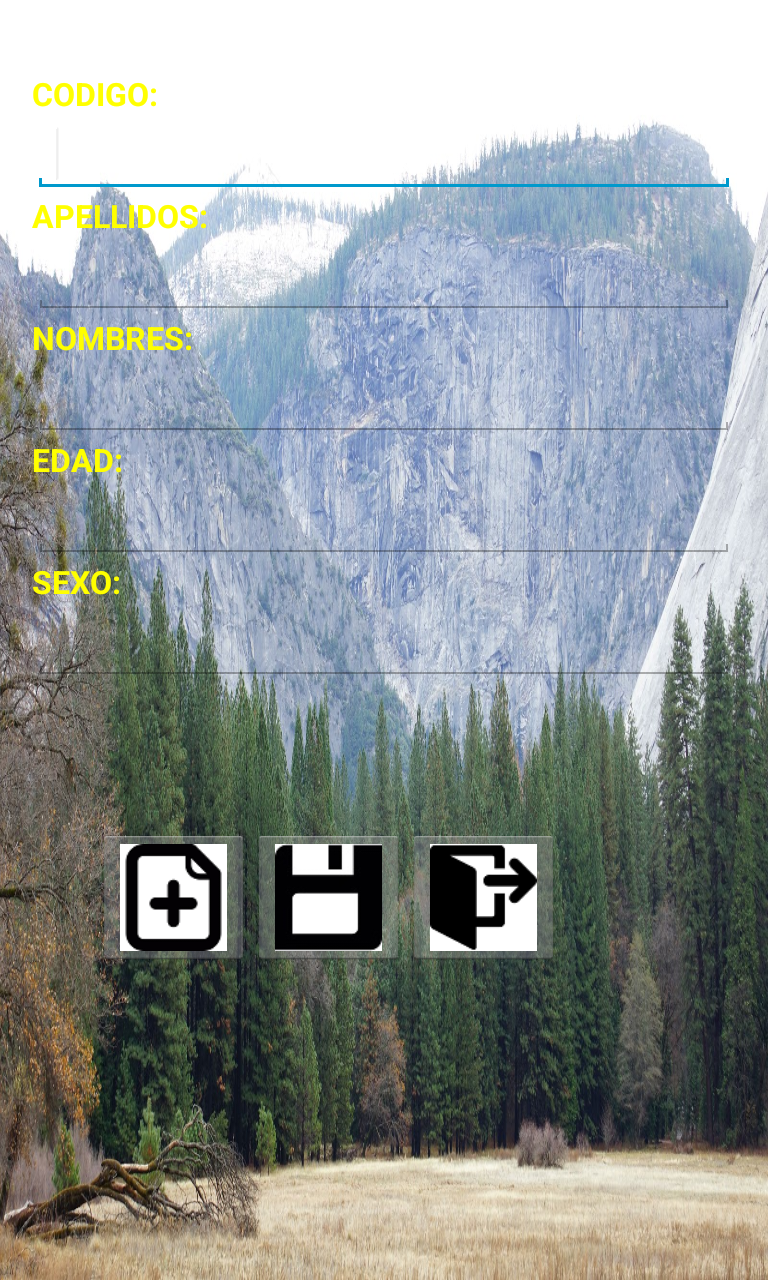
Repository: sherildyasmin06/MantenimientoconSQLite
Layout: Sqllite01/res/layout/activity_ingreso.xml
An editor plug-in stored every save of this project. The layout is shown before and after the next save, followed by the edit.
It is drawn on a 768 x 1280 px phone screen (xhdpi) without system bars, with theme AppTheme; the app's code is not run.

Above is the layout before, as saved 2017-11-08 21:01:06.

### Sqllite01/res/layout/activity_ingreso.xml
<RelativeLayout xmlns:android="http://schemas.android.com/apk/res/android"
    xmlns:tools="http://schemas.android.com/tools"
    android:layout_width="match_parent"
    android:layout_height="match_parent"
    android:background="@drawable/fondo02"
    android:gravity="center_vertical"
    android:paddingBottom="@dimen/activity_vertical_margin"
    android:paddingLeft="@dimen/activity_horizontal_margin"
    android:paddingRight="@dimen/activity_horizontal_margin"
    android:paddingTop="@dimen/activity_vertical_margin"
    tools:context=".Ingreso" >

    <LinearLayout
        android:id="@+id/linearLayout1"
        android:layout_width="match_parent"
        android:layout_height="wrap_content"
        android:layout_alignParentTop="true"
        android:layout_centerHorizontal="true"
        android:layout_marginTop="20dp"
        android:orientation="vertical" >

        <TextView
            android:id="@+id/textView1"
            android:layout_width="wrap_content"
            android:layout_height="wrap_content"
            android:text="@string/tcodigo"
            android:textColor="#ffff00"
            android:textSize="16sp"
            android:textStyle="bold" />

        <EditText
            android:id="@+id/txtcodigo"
            android:layout_width="match_parent"
            android:layout_height="wrap_content"
            android:ems="10" >

            <requestFocus />
        </EditText>

        <TextView
            android:id="@+id/textView2"
            android:layout_width="wrap_content"
            android:layout_height="wrap_content"
            android:text="@string/tapellidos"
            android:textColor="#ffff00"
            android:textSize="16sp"
            android:textStyle="bold" />

        <EditText
            android:id="@+id/txtapellidos"
            android:layout_width="match_parent"
            android:layout_height="wrap_content"
            android:ems="10" />

        <TextView
            android:id="@+id/textView3"
            android:layout_width="wrap_content"
            android:layout_height="wrap_content"
            android:text="@string/tnombres"
            android:textColor="#ffff00"
            android:textSize="16sp"
            android:textStyle="bold" />

        <EditText
            android:id="@+id/txtnombres"
            android:layout_width="match_parent"
            android:layout_height="wrap_content"
            android:ems="10" />

        <TextView
            android:id="@+id/textView4"
            android:layout_width="wrap_content"
            android:layout_height="wrap_content"
            android:text="@string/tedad"
            android:textColor="#ffff00"
            android:textSize="16sp"
            android:textStyle="bold" />

        <EditText
            android:id="@+id/txtedad"
            android:layout_width="match_parent"
            android:layout_height="wrap_content"
            android:ems="10" />

        <TextView
            android:id="@+id/textView5"
            android:layout_width="wrap_content"
            android:layout_height="wrap_content"
            android:text="@string/tsexo"
            android:textColor="#ffff00"
            android:textSize="16sp"
            android:textStyle="bold" />

        <EditText
            android:id="@+id/txtsexo"
            android:layout_width="match_parent"
            android:layout_height="wrap_content"
            android:ems="10" />
    </LinearLayout>

    <LinearLayout
        android:layout_width="match_parent"
        android:layout_height="match_parent"
        android:layout_alignLeft="@+id/linearLayout1"
        android:layout_below="@+id/linearLayout1"
        android:layout_marginLeft="32dp"
        android:layout_marginTop="73dp" >

        <ImageButton
            android:id="@+id/btnbuscar2"
            android:layout_width="wrap_content"
            android:layout_height="wrap_content"
            android:src="@drawable/nuevo" />

        <ImageButton
            android:id="@+id/btnguardar2"
            android:layout_width="wrap_content"
            android:layout_height="wrap_content"
            android:src="@drawable/guardar" />

        <ImageButton
            android:id="@+id/btnsalir2"
            android:layout_width="wrap_content"
            android:layout_height="wrap_content"
            android:src="@drawable/salirboton" />

    </LinearLayout>

</RelativeLayout>

### Sqllite01/res/values/strings.xml
<?xml version="1.0" encoding="utf-8"?>
<resources>

    <string name="app_name">Mantenimiento</string>
    <string name="action_settings">Settings</string>
    <string name="hello_world">Hello world!</string>
    <string name="title_activity_ingreso">Ingreso de Alumnos</string>
    <string name="tcodigo">CODIGO:</string>
    <string name="tapellidos">APELLIDOS:</string>
    <string name="tnombres">NOMBRES:</string>
    <string name="tedad">EDAD:</string>
    <string name="tsexo">SEXO:</string>
    <string name="title_activity_listado">Listado de Datos</string>
    <string name="bcerrar">CERRAR:</string>
    <string name="title_activity_busqueda">Busqueda de datos</string>
    <string name="bbuscar">Buscar</string>

</resources>

Loaded but not shown: Sqllite01/res/values/styles.xml (common file); Sqllite01/res/values-v11/styles.xml (common file); Sqllite01/res/values-v14/styles.xml (common file); Sqllite01/res/values/dimens.xml (common file)

After the next save:
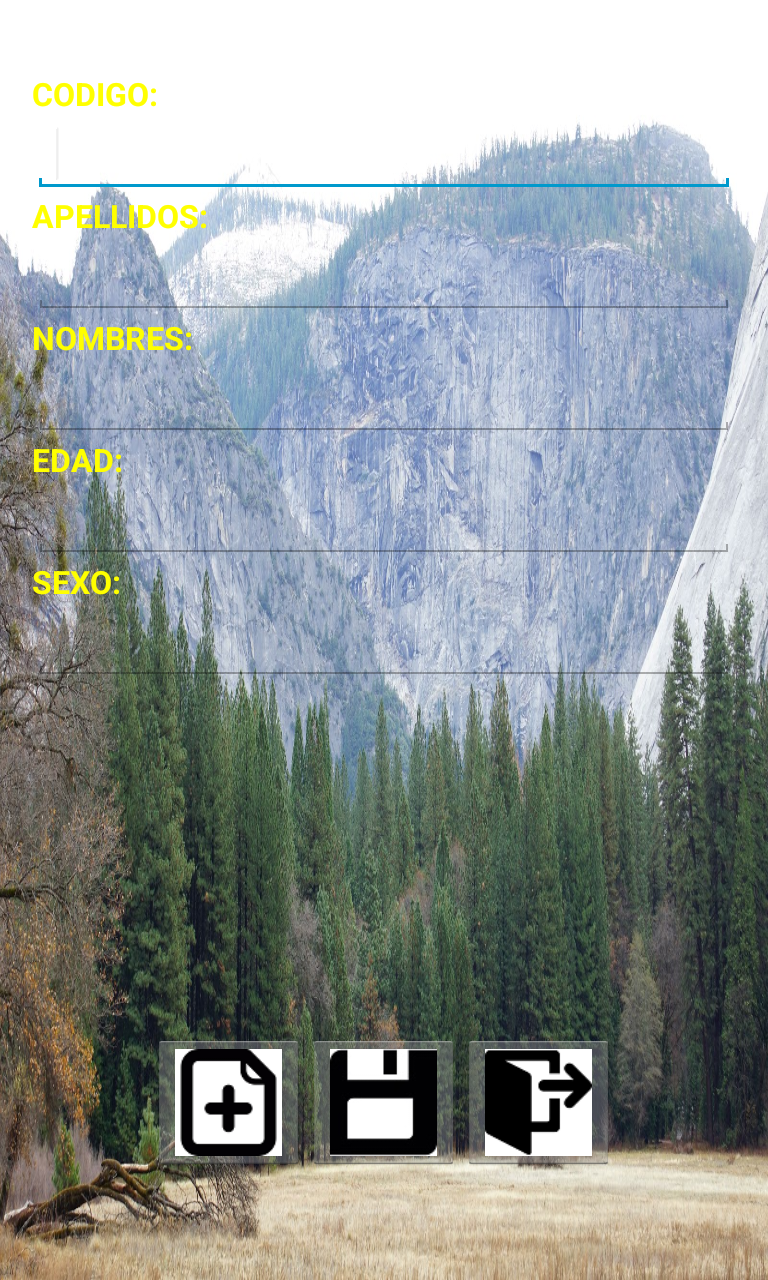
Saved 36 s later.
--- a/Sqllite01/res/layout/activity_ingreso.xml
+++ b/Sqllite01/res/layout/activity_ingreso.xml
@@ -3,7 +3,7 @@
     android:layout_width="match_parent"
     android:layout_height="match_parent"
     android:background="@drawable/fondo02"
-    android:gravity="center_vertical"
+    android:gravity="center"
     android:paddingBottom="@dimen/activity_vertical_margin"
     android:paddingLeft="@dimen/activity_horizontal_margin"
     android:paddingRight="@dimen/activity_horizontal_margin"
@@ -99,12 +99,11 @@
     </LinearLayout>
 
     <LinearLayout
-        android:layout_width="match_parent"
-        android:layout_height="match_parent"
-        android:layout_alignLeft="@+id/linearLayout1"
-        android:layout_below="@+id/linearLayout1"
-        android:layout_marginLeft="32dp"
-        android:layout_marginTop="73dp" >
+        android:layout_width="wrap_content"
+        android:layout_height="wrap_content"
+        android:layout_alignParentBottom="true"
+        android:layout_centerHorizontal="true"
+        android:layout_marginBottom="38dp" >
 
         <ImageButton
             android:id="@+id/btnbuscar2"
@@ -123,7 +122,6 @@
             android:layout_width="wrap_content"
             android:layout_height="wrap_content"
             android:src="@drawable/salirboton" />
-
     </LinearLayout>
 
 </RelativeLayout>
